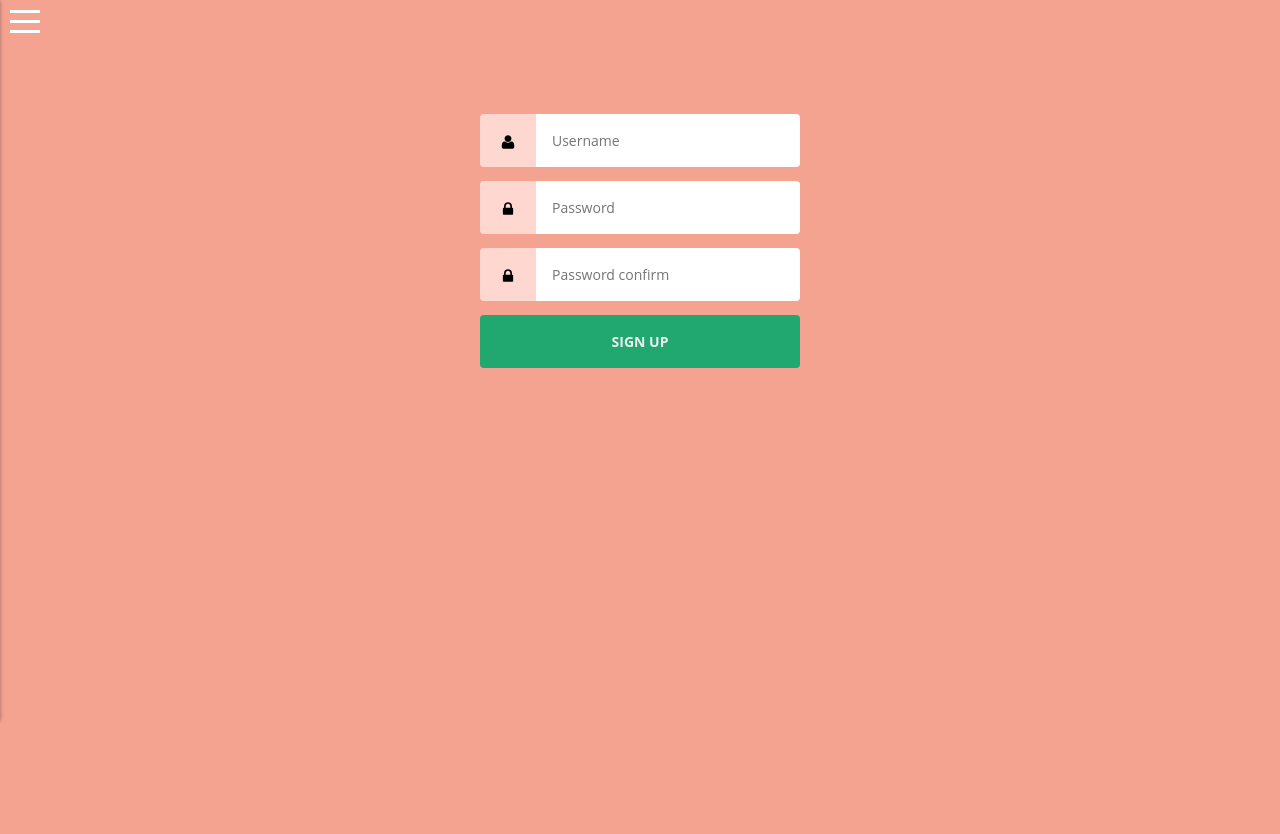
Repository: se-yoo/ChangeSeat
Page: http://localhost/ChangeSeat/signUp.jsp
These files come from the project's save history. The page is drawn as it stood at one moment and after the next save; the edit follows.
The browser window is 1280 px wide. The pictures show the whole page.
Some web libraries are served in a nearby version. The page is served by Tomcat 9.

Above is the page before, as saved 2018-06-25 09:50:38.

### ChangeSeat/WebContent/signUp.jsp
<%@ page language="java" contentType="text/html; charset=UTF-8"
    pageEncoding="UTF-8"%>
<jsp:forward page="templateTest.jsp">
	<jsp:param name="CONTENTPAGE" value="signUpProc.jsp"/>
</jsp:forward>

### ChangeSeat/WebContent/templateTest.jsp
<%@ page language="java" contentType="text/html; charset=UTF-8"
    pageEncoding="UTF-8"%>
<!DOCTYPE html>
<html>
<head>
<meta charset="UTF-8">
<title>자리바꾸기</title>
<meta name="viewport" content="width=device-width, initial-scale=1">
 <title>Side Menu</title>
 <link rel="stylesheet" href="templateStyle.css">
 <link href='https://fonts.googleapis.com/css?family=Pacifico' rel='stylesheet' type='text/css'>
 <script src="//ajax.googleapis.com/ajax/libs/jquery/1.6.1/jquery.min.js" type="text/javascript"></script>
 <script>
$(document).ready(function(){
  /*
  $(".first").mouseover(function(){
    $(".second").css("background-color", '#6b81d5');
    $(".first").css("background-color", '#D56B81');

  });
  $(".second").mouseover(function(){
    $(".second").css("background-color", '#8a6bd5');
    $(".first").css("background-color", '#6bd5bf');

  });
  */
  $(".wrap").click(function(){
    $(".top").toggleClass("addedtop");
    $(".mid").toggleClass("addedmid");
    $(".bot").toggleClass("addedbot");
$(".side").toggleClass("triggered");
    $(".sidebtn").toggleClass("sideopacity");


  });

}); //final
</script>
</head>
<body>
<%
	String contentpage=request.getParameter("CONTENTPAGE");
%>
  <div class="wrap">
<span class="line top"></span>
  <span class="line mid"></span>
  <span class="line bot"></span>
  </div>
  <div class="side">
    <a href="main.jsp" class="sidebtn">홈</a>
    <a href="#" class="sidebtn">자리바꾸기</a>
    <a href="#" class="sidebtn">조편성</a>
    <a href="#" class="sidebtn">정보관리</a>
  </div>
  <jsp:include page="<%= contentpage %>"></jsp:include>
</body>
</html>

### ChangeSeat/WebContent/signUpProc.jsp
<%@ page language="java" contentType="text/html; charset=UTF-8"
	pageEncoding="UTF-8"%>
<!DOCTYPE html>
<html>
<head>
<meta content="text/html; charset=UTF-8">
<title></title>
 <link rel="stylesheet" href="signUpStyle.css">
</head>
<body>
	<div class="grid">

    <form action="https://httpbin.org/post" method="POST" class="form login">

      <div class="form__field">
        <label for="login__username"><svg class="icon"><use xmlns:xlink="http://www.w3.org/1999/xlink" xlink:href="#user"></use></svg><span class="hidden">Username</span></label>
        <input id="login__username" type="text" name="username" class="form__input" placeholder="Username" required>
      </div>

      <div class="form__field">
        <label for="login__password"><svg class="icon"><use xmlns:xlink="http://www.w3.org/1999/xlink" xlink:href="#lock"></use></svg><span class="hidden">Password</span></label>
        <input id="login__password" type="password" name="password" class="form__input" placeholder="Password" required>
      </div>

      <div class="form__field">
        <label for="login__password2"><svg class="icon"><use xmlns:xlink="http://www.w3.org/1999/xlink" xlink:href="#lock"></use></svg><span class="hidden">Password</span></label>
        <input id="login__password2" type="password" name="password2" class="form__input" placeholder="Password confirm" required>
      </div>

      <div class="form__field">
        <input type="submit" value="Sign Up">
      </div>

    </form>
  </div>

	  <svg xmlns="http://www.w3.org/2000/svg" class="icons"><symbol id="arrow-right" viewBox="0 0 1792 1792">
	  <path d="M1600 960q0 54-37 91l-651 651q-39 37-91 37-51 0-90-37l-75-75q-38-38-38-91t38-91l293-293H245q-52 0-84.5-37.5T128 1024V896q0-53 32.5-90.5T245 768h704L656 474q-38-36-38-90t38-90l75-75q38-38 90-38 53 0 91 38l651 651q37 35 37 90z"/>
	  </symbol><symbol id="lock" viewBox="0 0 1792 1792">
	  <path d="M640 768h512V576q0-106-75-181t-181-75-181 75-75 181v192zm832 96v576q0 40-28 68t-68 28H416q-40 0-68-28t-28-68V864q0-40 28-68t68-28h32V576q0-184 132-316t316-132 316 132 132 316v192h32q40 0 68 28t28 68z"/>
	  </symbol><symbol id="user" viewBox="0 0 1792 1792"><path d="M1600 1405q0 120-73 189.5t-194 69.5H459q-121 0-194-69.5T192 1405q0-53 3.5-103.5t14-109T236 1084t43-97.5 62-81 85.5-53.5T538 832q9 0 42 21.5t74.5 48 108 48T896 971t133.5-21.5 108-48 74.5-48 42-21.5q61 0 111.5 20t85.5 53.5 62 81 43 97.5 26.5 108.5 14 109 3.5 103.5zm-320-893q0 159-112.5 271.5T896 896 624.5 783.5 512 512t112.5-271.5T896 128t271.5 112.5T1280 512z"/></symbol></svg>

</body>
</html>

### ChangeSeat/WebContent/templateStyle.css
@CHARSET "UTF-8";
@font-face{
	font-family:yangFont;
	src:url('yangfont05.ttf') format('truetype');
}
@font-face{
	font-family:Nanum;
	src:url('NanumBarunGothicLight.ttf') format('truetype');
}
body {
  background-color:#f4a391;
  margin: 0;
  padding: 0;
  font-family:Nanum;
}
html,body {
 height:80%;
}
.line {
 display: block;
  height:3px;
  width:30px;
  background-color:white;
  margin-top:5px;
  position: absolute;
  top:0;

  transition: all .4s ease-in-out;
}
.wrap {
 height:80px;
  position: relative;
  top:5px;
  left:10px;
  width: 30px;
  z-index: +150;
  cursor: pointer;
  height:30px;
  position: fixed;
}

.mid {
 top:10px;
}
.bot {
top:20px;
}

.addedmid {
  transform: rotate(135deg);
}
.addedtop {
  transform: rotate(45deg);
  top:10px;
}
.addedbot {
 opacity: 0;
}
.side {
	font-family: yangFont;
	width:20%;
  	position: fixed;
  	height:100%;
  	text-align: center;
  	left:-20%;
  	z-index: 80;
  	box-shadow: 0 1px 4px 0 rgba(0,0,0,0.37);
  	top:0;
  	background-color: #21a770;
  	transition: all .5s ease-in-out;
}
.sidebtn {
 text-decoration: none;
  display: block;
  color:white;
  font-size:35px;
  opacity:0;
  width:50%;
  position: relative;
  left:25%;
  top:25%;
  white-space: nowrap;
  line-height:100px;
  transition:all .25s ease-in-out;

}
.sideopacity  {
 opacity: 1;
  transition: all 1s ease-in-out;
}
.sidebtn:hover {
  text-shadow: 2px 2px rgba(0, 0, 0, 0.38);
}
.triggered {
 left:0;
}
.sidebtn::after {
 content: '';
  position: absolute;
  bottom:0;
  left:50%;
  width:0%;
  height:5px;
  background-color: white;
  transition: all .3s ease-out;
}
.sidebtn:hover::after {
 width: 100%;
  left:0;
  box-shadow: 2px 2px rgba(0, 0, 0, 0.38);
}

### ChangeSeat/WebContent/signUpStyle.css
@CHARSET "UTF-8";
@font-face{
	font-family:yangFont;
	src:url('yangfont05.ttf') format('truetype');
}
@font-face{
	font-family:Nanum;
	src:url('NanumBarunGothicLight.ttf') format('truetype');
}
body{
	text-align:center;
	font-size:1.2em;
  color: var(--bodyColor);
  font-family: var(--bodyFontFamily), var(--bodyFontFamilyFallback);
  font-size: var(--bodyFontSize);
  font-weight: var(--bodyFontWeight);
  line-height: var(--bodyLineHeight);
  margin: 0;
  min-height: 100vh;
}

:root {
  --gridMaxWidth: 20rem;
  --gridWidth: 90%;
}

.grid {
  margin-top:10%;
  margin-left: auto;
  margin-right: auto;
  max-width: var(--gridMaxWidth);
  width: var(--gridWidth);
}

/* helpers/hidden.css */

.hidden {
  border: 0;
  clip: rect(0 0 0 0);
  height: 1px;
  margin: -1px;
  overflow: hidden;
  padding: 0;
  position: absolute;
  width: 1px;
}

/* helpers/icon.css */

:root {
  --iconFill: var(--baseColor);
}

.icons {
  display: none;
}

.icon {
  display: inline-block;
  fill: var(--iconFill);
  font-size: 1rem;
  height: 1em;
  vertical-align: middle;
  width: 1em;
}

/* layout/base.css */

:root {
  --htmlFontSize: 100%;

  --bodyBackgroundColor: #2c3338;
  --bodyColor: var(--baseColor);
  --bodyFontFamily: 'Open Sans';
  --bodyFontFamilyFallback: sans-serif;
  --bodyFontSize: 0.875rem;
  --bodyFontWeight: 400;
  --bodyLineHeight: 1.5;
}

* {
  box-sizing: inherit;
}

html {
  box-sizing: border-box;
  font-size: var(--htmlFontSize);
}
/* modules/anchor.css */

:root {
  --anchorColor: #eee;
}

a {
  color: var(--anchorColor);
  outline: 0;
  text-decoration: none;
}

a:focus,
a:hover {
  text-decoration: underline;
}

/* modules/form.css */

:root {
  --formFieldMargin: 0.875rem;
}

input {
  background-image: none;
  border: 0;
  color: #f4a391;
  font: inherit;
  margin: 0;
  outline: 0;
  padding: 0;
  transition: background-color 0.3s;
}

input[type='submit'] {
  cursor: pointer;
}

.form {
  margin: calc(var(--formFieldMargin) * -1);
}

.form input[type='password'],
.form input[type='text'],
.form input[type='submit'] {
  width: 100%;
}

.form__field {
  display: flex;
  margin: var(--formFieldMargin);
}

.form__input {
  flex: 1;
}

/* modules/login.css */

:root {
  --loginBorderRadus: 0.25rem;
  --loginColor: #eee;

  --loginInputBackgroundColor: #3b4148;
  --loginInputHoverBackgroundColor: #434a52;

  --loginLabelBackgroundColor: #363b41;

  --loginSubmitBackgroundColor: #ea4c88;
  --loginSubmitColor: #eee;
  --loginSubmitHoverBackgroundColor: #d44179;
}

.login {
  color: var(--loginColor);
}

.login label,
.login input[type='text'],
.login input[type='password'],
.login input[type='submit'] {
  border-radius: var(--loginBorderRadus);
  padding: 1rem;
}

.login label {
  background-color: #fed7d0;
  border-bottom-right-radius: 0;
  border-top-right-radius: 0;
  padding-left: 1.25rem;
  padding-right: 1.25rem;
}

.login input[type='password'],
.login input[type='text'] {
  background-color: white;
  border-bottom-left-radius: 0;
  border-top-left-radius: 0;
}

.login input[type='password']:focus,
.login input[type='password']:hover,
.login input[type='text']:focus,
.login input[type='text']:hover {
  background-color:white;
}

.login input[type='submit'] {
  background-color: #21a770;
  color: var(--loginSubmitColor);
  font-weight: 700;
  text-transform: uppercase;
}

.login input[type='submit']:focus,
.login input[type='submit']:hover {
  background-color: white;
  color:#21a770;
}

/* modules/text.css */

:root {
  --paragraphMarginBottom: 1.5rem;
  --paragraphMarginTop: 1.5rem;
}

p {
  margin-bottom: var(--paragraphMarginBottom);
  margin-top: var(--paragraphMarginTop);
}

.text--center {
  text-align: center;
}

After the next save:
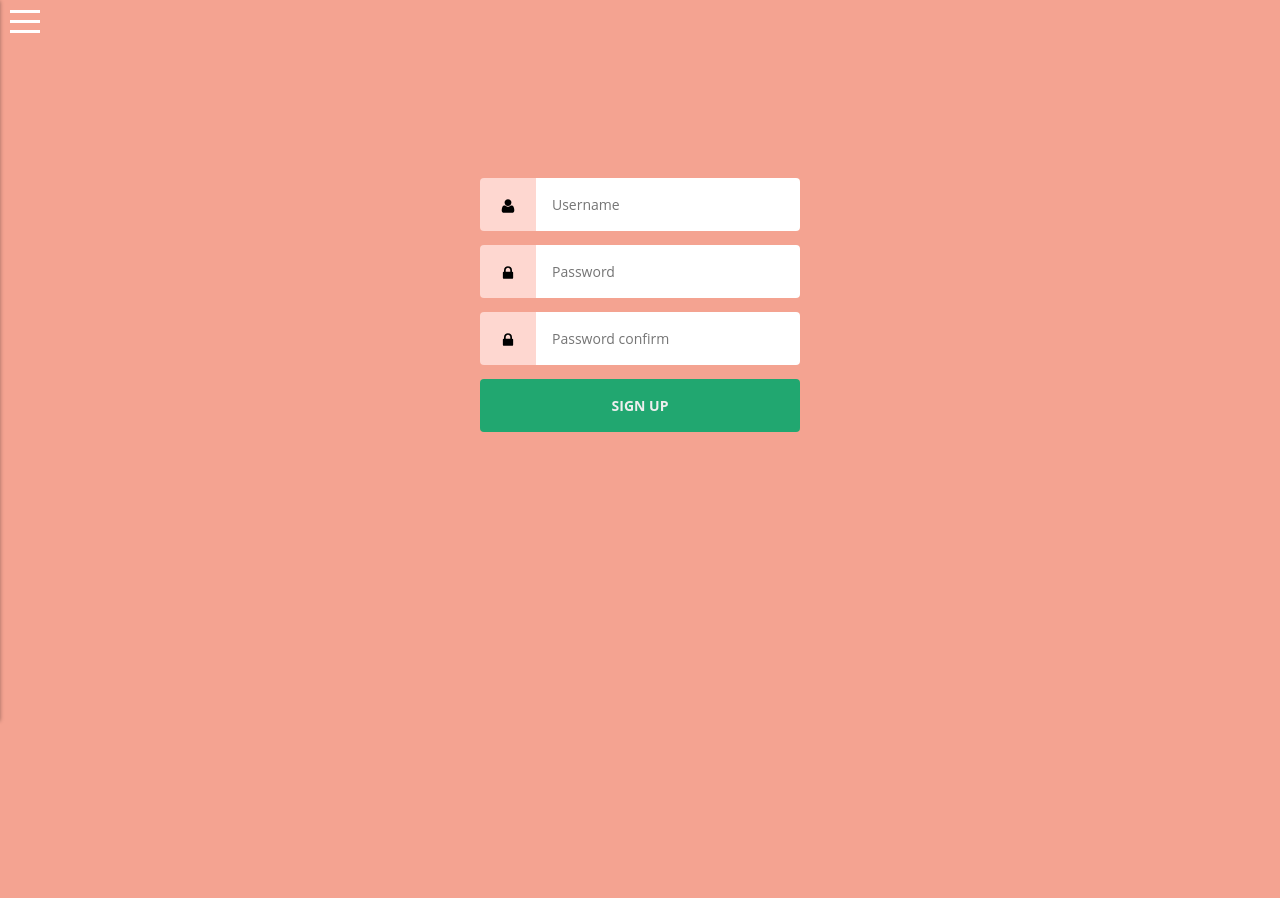
Saved 12 s later.
--- a/ChangeSeat/WebContent/signUpStyle.css
+++ b/ChangeSeat/WebContent/signUpStyle.css
@@ -25,7 +25,7 @@ body{
 }
 
 .grid {
-  margin-top:10%;
+  margin-top:15%;
   margin-left: auto;
   margin-right: auto;
   max-width: var(--gridMaxWidth);
